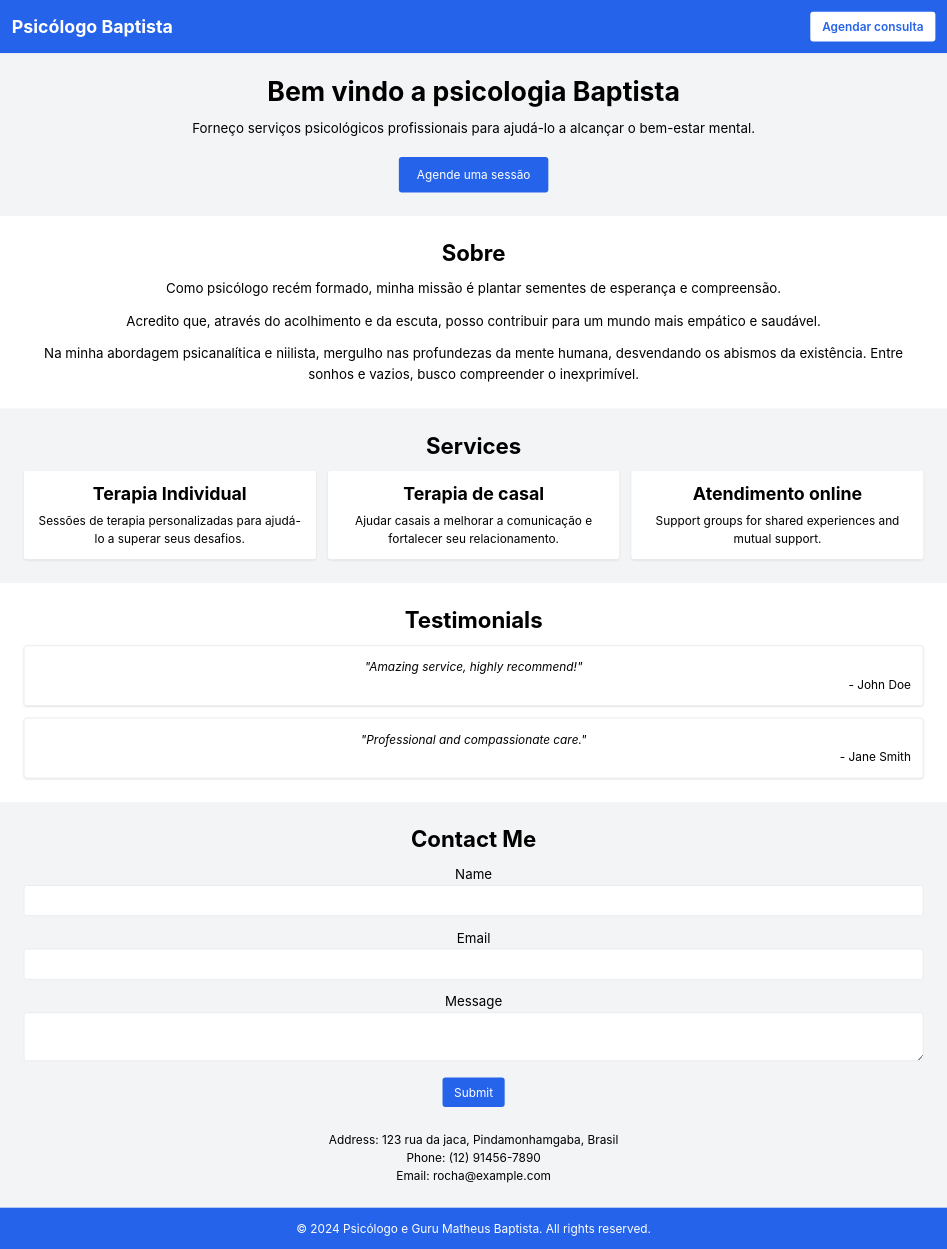
Repository: SrNascimento40/psychologist-portfolio
Page: /
These files come from the project's save history. The page is drawn as it stood at one moment and after the next save; the edit follows.
The browser window is 1280 px wide. The pictures show the whole page, at 74% of full size.
The project was rebuilt for these pictures with package versions that can differ from the ones it lists, and the page was loaded fresh each time. Also part of the build but not shown: vite.config.ts.

Above is the page before, as saved 2024-07-04 17:52:53.

After the next save:
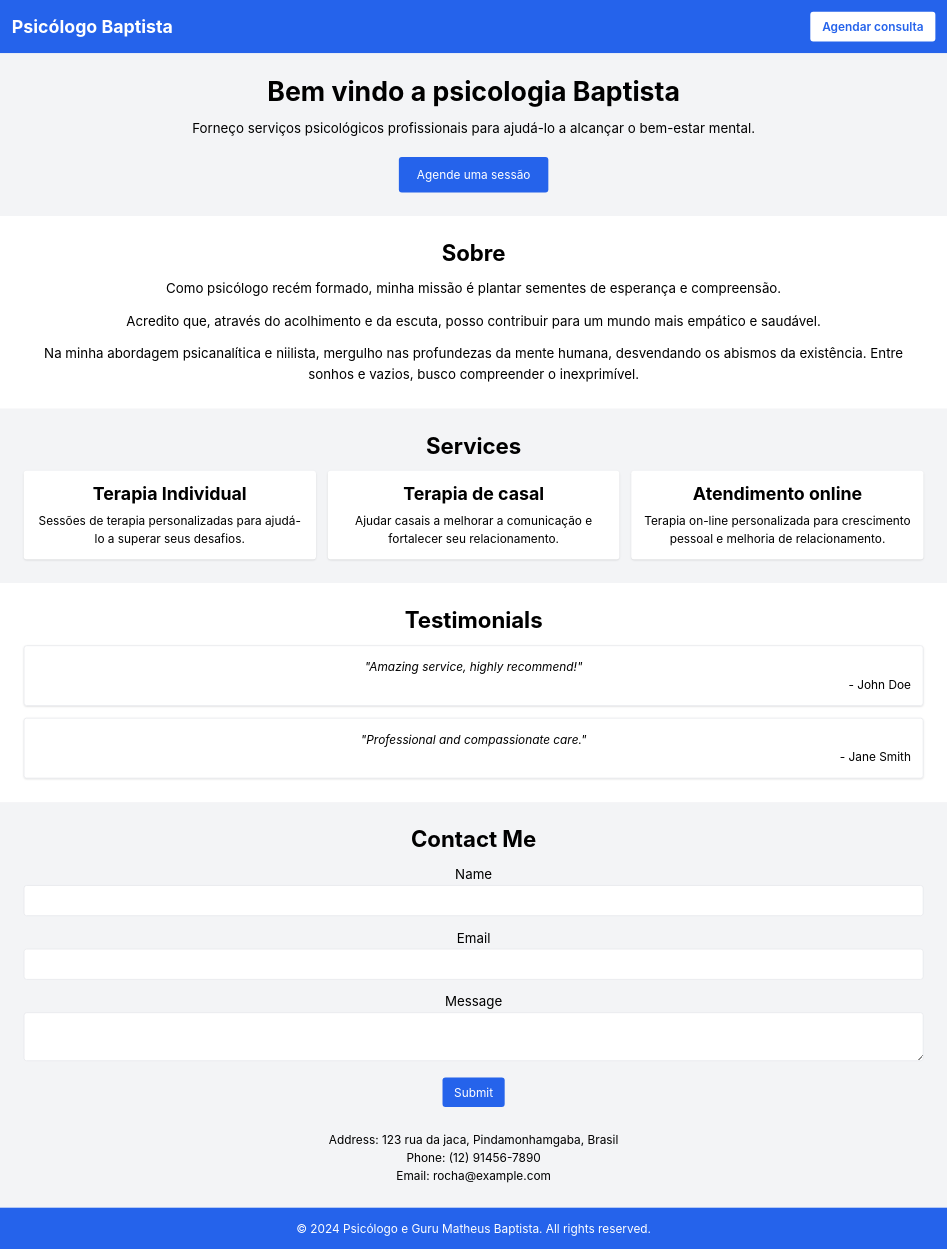
Saved 66 s later.
--- a/src/Services.tsx
+++ b/src/Services.tsx
@@ -4,7 +4,7 @@ export default function Services() {
   const services = [
     { title: 'Terapia Individual', description: 'Sessões de terapia personalizadas para ajudá-lo a superar seus desafios.' },
     { title: 'Terapia de casal', description: 'Ajudar casais a melhorar a comunicação e fortalecer seu relacionamento.' },
-    { title: 'Atendimento online', description: 'Support groups for shared experiences and mutual support.' },
+    { title: 'Atendimento online', description: 'Terapia on-line personalizada para crescimento pessoal e melhoria de relacionamento.' },
   ];
 
   return (
